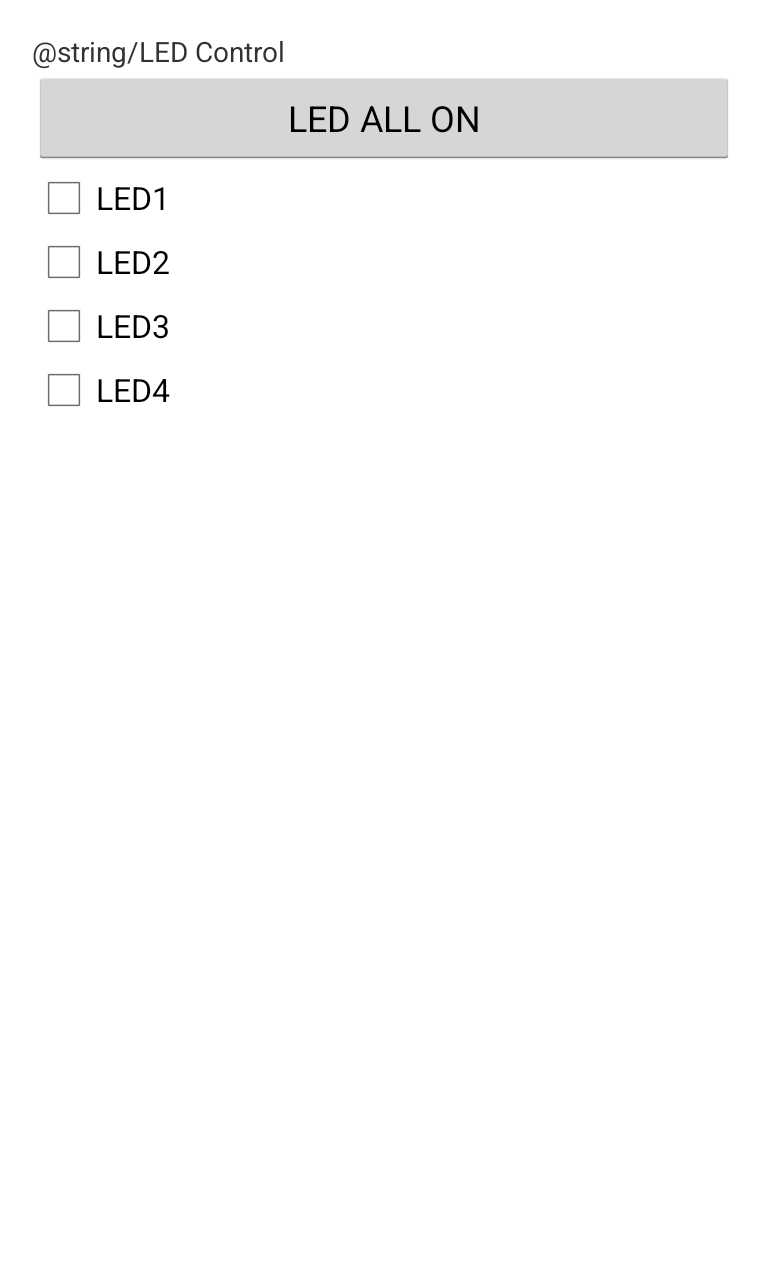
Repository: zgliuyang/android_study
Layout: LedCtrl/res/layout/activity_main.xml
The author's editor kept a copy of each file at every save. The layout is drawn from the files as they stood at one save, then again after a run of saves.
It is drawn on a 768 x 1280 px phone screen (xhdpi) without system bars, with theme AppTheme; the app's code is not run.

Above is the layout before, as saved 2020-05-20 16:30:14.

After the next 2 saves:
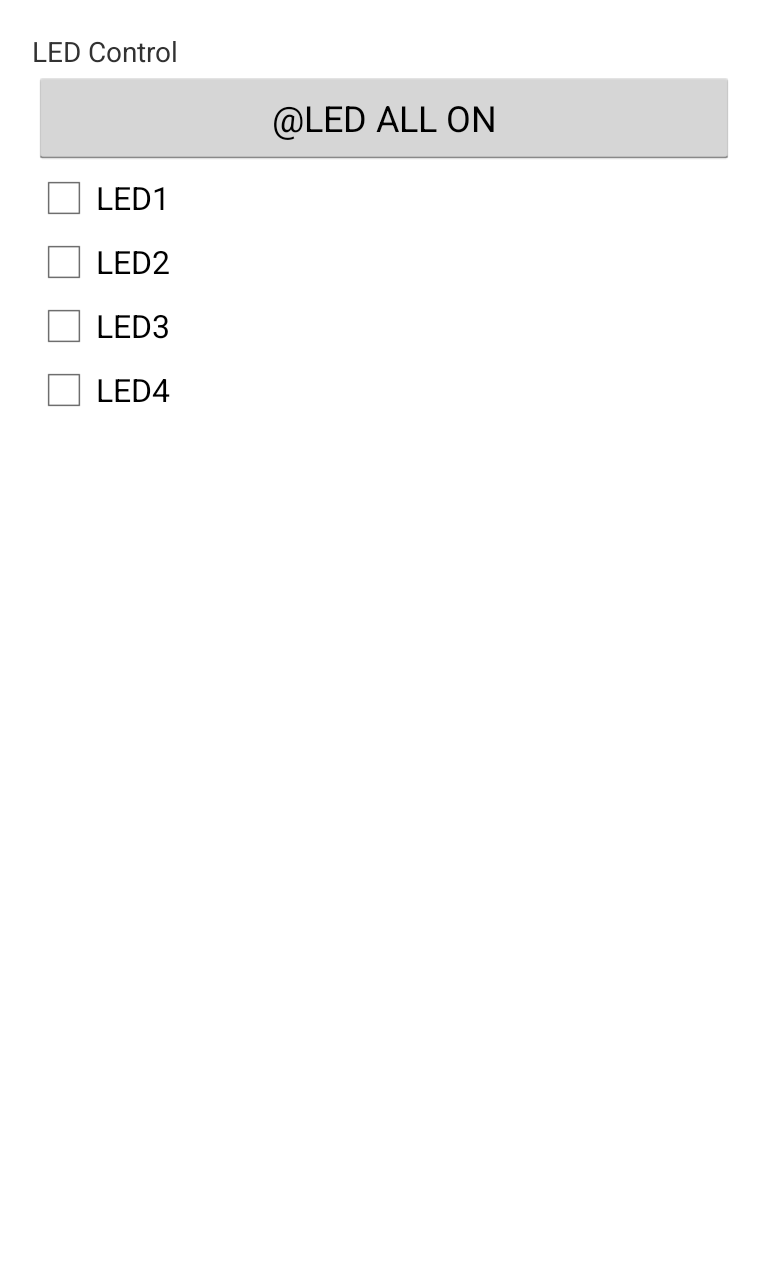
The 2 saves are shown as one change because 1 did not build or start.
The last was saved 99 s later.
--- a/LedCtrl/res/layout/activity_main.xml
+++ b/LedCtrl/res/layout/activity_main.xml
@@ -12,11 +12,11 @@
     <TextView
         android:layout_width="wrap_content"
         android:layout_height="wrap_content"
-        android:text="@string/LED Control" />
+        android:text="LED Control" />
     <Button
         android:layout_width="fill_parent"
         android:layout_height="wrap_content"
-        android:text="LED ALL ON" />
+        android:text="@LED ALL ON" />
     <CheckBox
         android:layout_width="fill_parent"
         android:layout_height="wrap_content"
